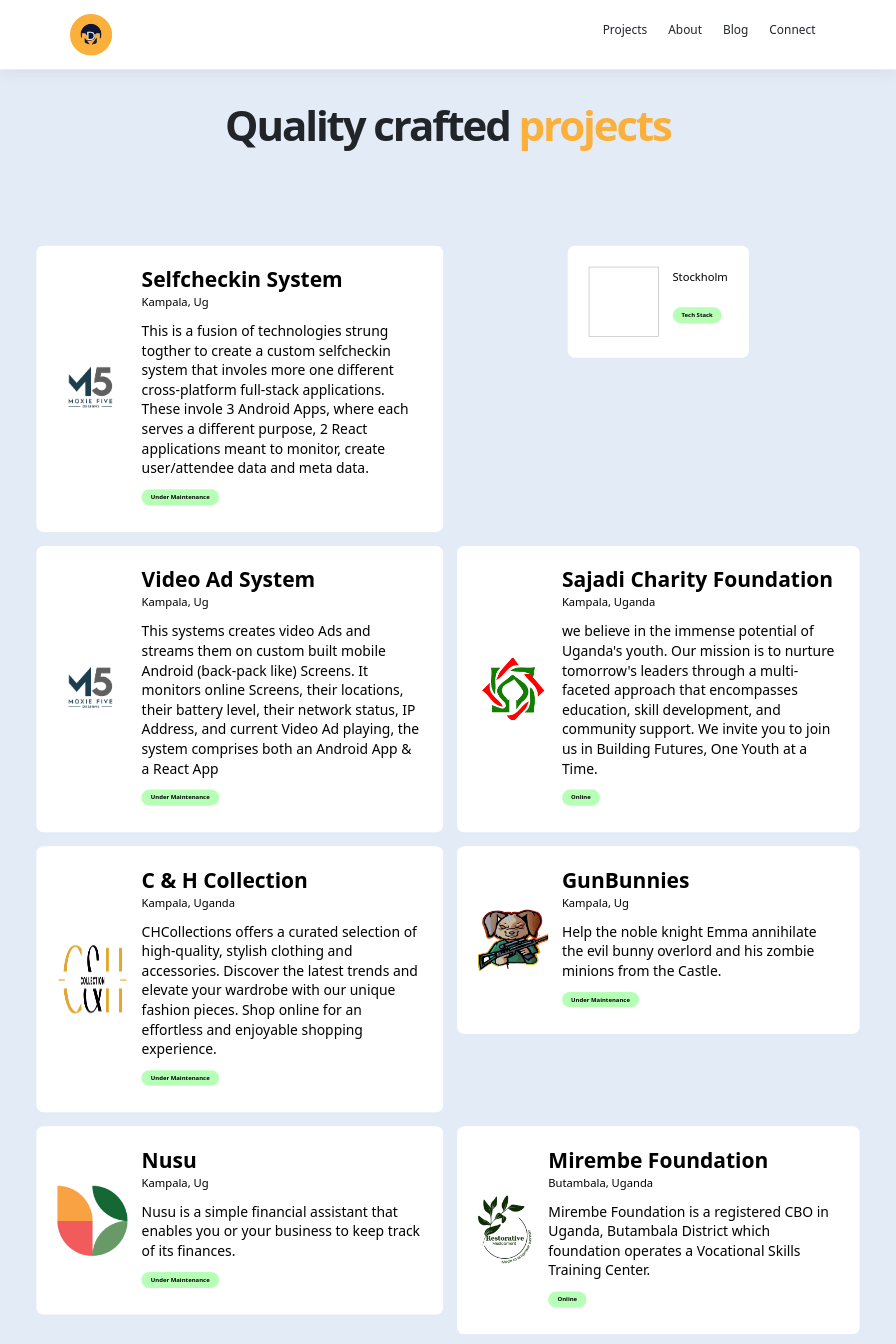
Repository: kaizoku010/firebrand
Page: /apps
The author's editor kept a copy of each file at every save. The page is drawn from the files as they stood at one save, then again after a run of saves.
The browser window is 1280 px wide. The pictures show the part of the page from y = 0 to 1920 px (the page is 4350 px tall), at 70% of full size.
The project was rebuilt for these pictures with package versions that can differ from the ones it lists, and the page was loaded fresh each time. Also part of the build but not shown: vite.config.js, src/update/homescreen.css, src/update/homescreen.js, src/update/blog.css, src/update/blog.js, src/update/connect.css, src/update/connect.js. Imported but missing from the stored project, and not drawn on this page: src/update/about.js.

Above is the page before, as saved 2024-05-27 16:07:30.

After the next 2 saves:
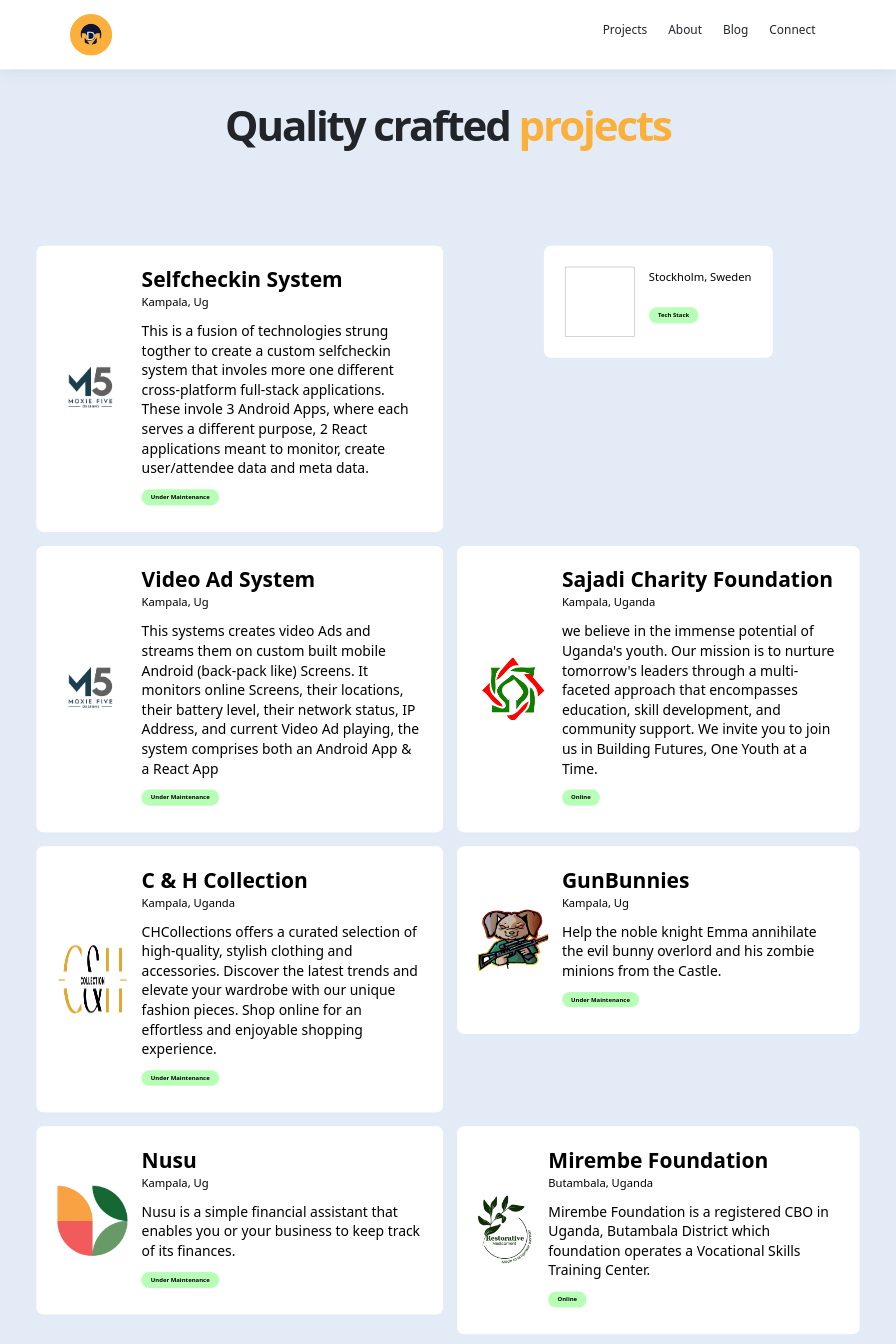
The 2 saves are shown as one change because they came seconds apart.
The last was saved 7 s later.
--- a/src/dataPoint/AllProjects.js
+++ b/src/dataPoint/AllProjects.js
@@ -39,7 +39,7 @@
     title: "",
     techStacks:"",
     textColor:"lightBlue",
-    location:"Stockholm"
+    location:"Stockholm, Sweden",
 
   },
 
